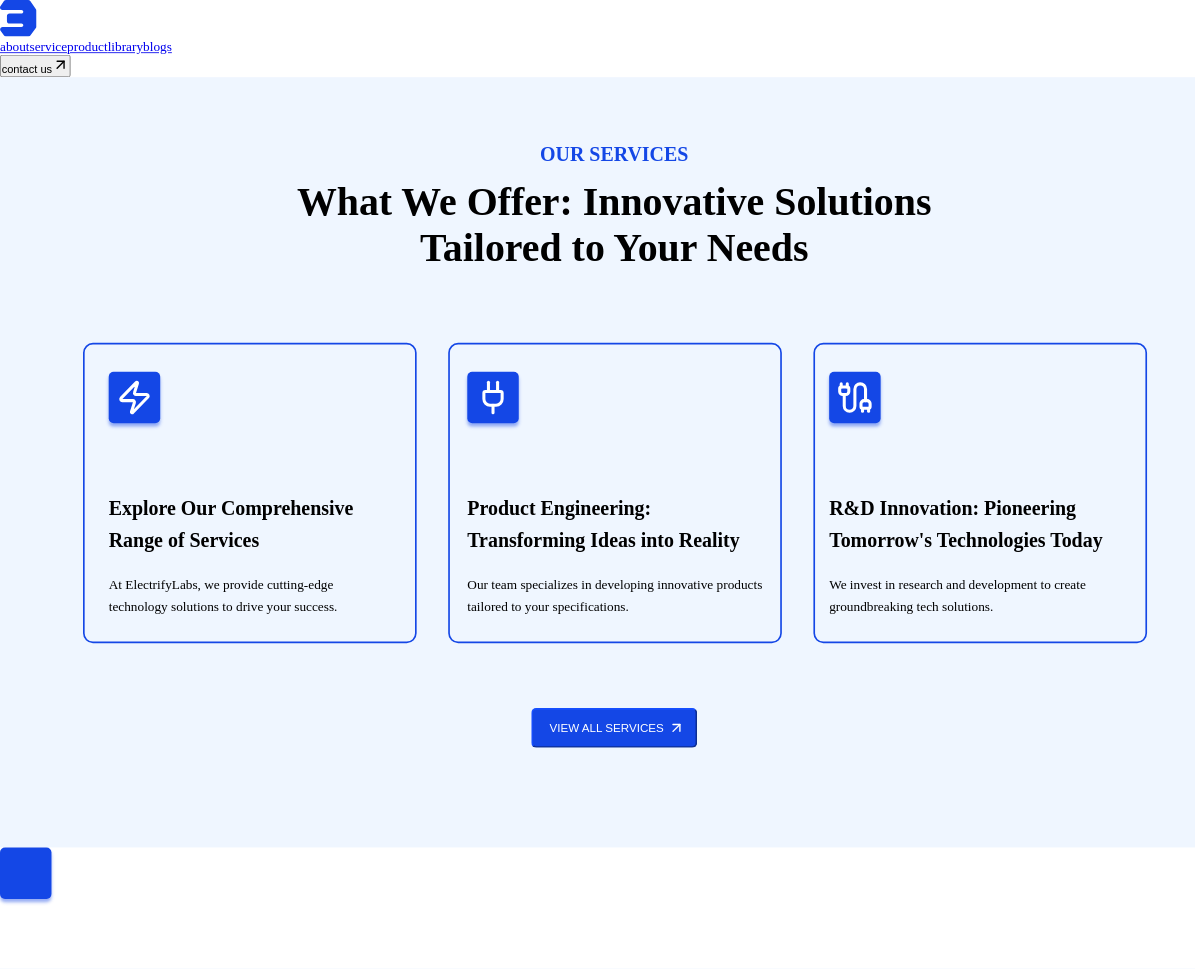
Repository: neelpatel6262/electrifylabs_homepage
Page: /
These files come from the project's save history. The page is drawn as it stood at one moment and after the next save; the edit follows.
The browser window is 1280 px wide. The page is 1440 px wide, so the pictures cover 1440 px, including what lies to the right of the window. The pictures show the whole page, at 83% of full size.
The project was rebuilt for these pictures with package versions that can differ from the ones it lists, and the page was loaded fresh each time. Also part of the build but not shown: vite.config.js.

Above is the page before, as saved 2026-02-20 17:51:51.

After the next save:
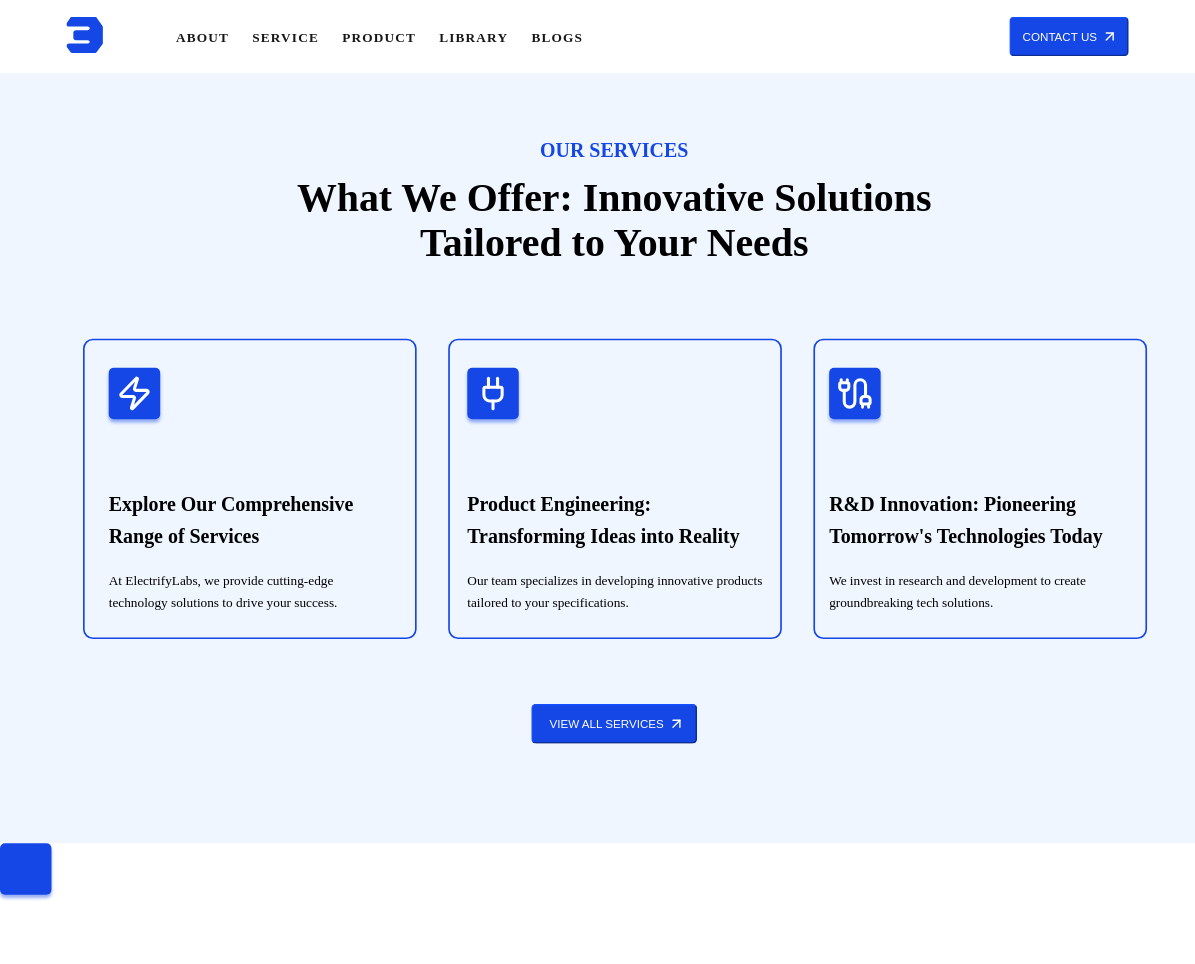
Saved 16 s later.
--- a/src/index.css
+++ b/src/index.css
@@ -99,6 +99,84 @@
 }
 
 
+
+
+.navbar-section {
+  width: var(--container-width);
+  height: var(--navbar-height);
+  padding: var(--spacing-xl) var(--spacing-9xl) var(--spacing-xl) var(--spacing-9xl);
+  background-color: var(--white);
+}
+
+.navbar-container {
+  display: flex;
+}
+
+.logo {
+  width: var(--spacing-5xl);
+  margin-right: var(--spacing-5xl);
+}
+
+.nav-links {
+  width: 1004px;
+  height: var(--spacing-lg);
+  margin: var(--spacing-lg) var(--spacing-5xl);
+}
+
+.nav-links a {
+  text-transform: uppercase;
+  text-decoration: none;
+  color: var(--text-primary);
+  margin-right: var(--spacing-3xl);
+  font-size: var(--font-size-md);
+  letter-spacing: 1.4px;
+  font-weight: var(--font-weight-semibold);
+}
+
+.nav-links a:hover {
+  color: var(--primary-color);
+  transition: color var(--transition-fast);
+  font-weight: var(--font-weight-bold);
+}
+
+.navbar-btn {
+  width: 144px;
+  height: var(--button-height);
+  border-radius: var(--border-radius-sm);
+  background-color: var(--primary-color);
+  border-color: var(--primary-color);
+  color: var(--white);
+  font-size: var(--font-size-base);
+  text-transform: uppercase;
+  padding: var(--spacing-md) var(--spacing-base);
+  margin-left: var(--spacing-5xl);
+}
+
+.navbar-btn:hover {
+  box-shadow: var(--shadow-sm);
+  transition: box-shadow var(--transition-fast);
+}
+
+.navbar-btn-conatiner {
+  width: 116px;
+  height: var(--spacing-xl);
+  display: flex;
+  align-items: center;
+}
+
+.navbar-btn-conatiner svg {
+  width: var(--spacing-2xl);
+  margin-left: var(--spacing-xs);
+  align-items: center;
+}
+
+
+
+
+
+
+
+
 .service-section {
   width: var(--container-width);
   height: 928px;
